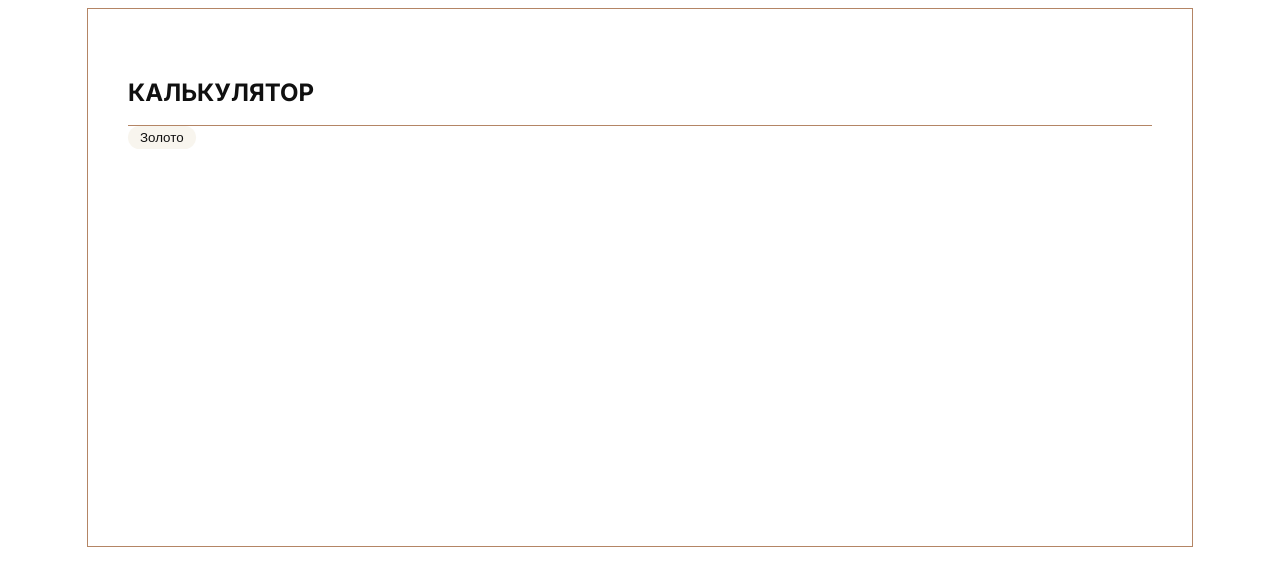
Repository: Kirill2034/Calculator-metal
Page: /
These files come from the project's save history. The page is drawn as it stood at one moment and after a run of saves; the edit follows.
The browser window is 1280 px wide. The pictures show the whole page.
The project was rebuilt for these pictures with package versions that can differ from the ones it lists, and the page was loaded fresh each time.

Above is the page before, as saved 2021-11-27 16:06:11.

### public/index.html
<!DOCTYPE html>
<html lang="en">
  <head>
    <meta charset="utf-8" />
    <meta name="viewport" content="width=device-width, initial-scale=1" />

    <link rel="preconnect" href="https://fonts.googleapis.com">
    <link rel="preconnect" href="https://fonts.gstatic.com" crossorigin>
    <link href="https://fonts.googleapis.com/css2?family=Inter:wght@300;400;500;700&display=swap" rel="stylesheet">

    <title>Калькулятор</title>
  </head>
  <body>
    <div id="root"></div>
  </body>
</html>

### src/App.js
import './App.css';
import {BtnRadio} from './components/BtnRadio';

function App() {
  return (
    <div className="App">
      <div className="title">
        <h2>Калькулятор</h2>
      </div>
      <div className="calculator">
        <BtnRadio value="Золото"/>
      </div>
    </div>
  );
}

export default App;

### src/App.css
.App {width: 1024px; height: 537px; border: 1px solid #B48565; margin: 0 auto; font-family: 'Inter', sans-serif; padding: 0 40px;}
.App .title {border-bottom: 1px solid #B48565; text-transform: uppercase; font-weight: 900; font-size: 16px; line-height: 24px; color: #101010; margin-top: 72px;}

### src/components/BtnRadio/index.js
import BtnRadio from './BtnRadio.js';
export {BtnRadio};

### src/components/BtnRadio/BtnRadio.js
import React from 'react';
import './BtnRadio.css';

const BtnRadio = ({value}) => {
    return (
        <button className="BtnRadio">{value}</button>
    )
}

export default BtnRadio;

### src/components/BtnRadio/BtnRadio.css
.BtnRadio {border: none; box-shadow: none; outline: none; background: #F8F5EE; border-radius: 100px; padding: 4px 12px; color: #101010};
.BtnRadio.active {color: #F8F5EE; background: #B48565;}

Loaded but not shown: src/index.js (common file)

After the next 2 saves:
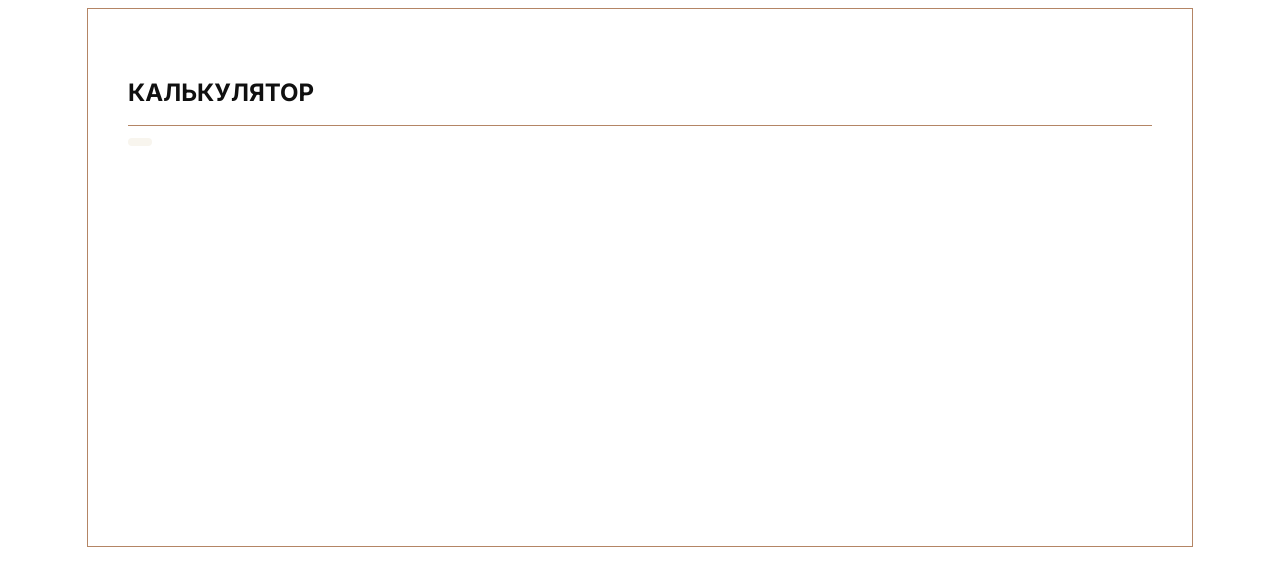
The 2 saves are shown as one change because 1 did not build or start.
The last was saved 10 min 8 s later.
--- a/src/components/BtnRadio/BtnRadio.js
+++ b/src/components/BtnRadio/BtnRadio.js
@@ -1,9 +1,12 @@
 import React from 'react';
 import './BtnRadio.css';
+import cn from "classnames";
 
-const BtnRadio = ({value}) => {
+const BtnRadio = ({title, item, selected, onClick}) => {
     return (
-        <button className="BtnRadio">{value}</button>
+        <button
+            className={cn("BtnRadio", {selected})}
+        >{title}</button>
     )
 }
 
